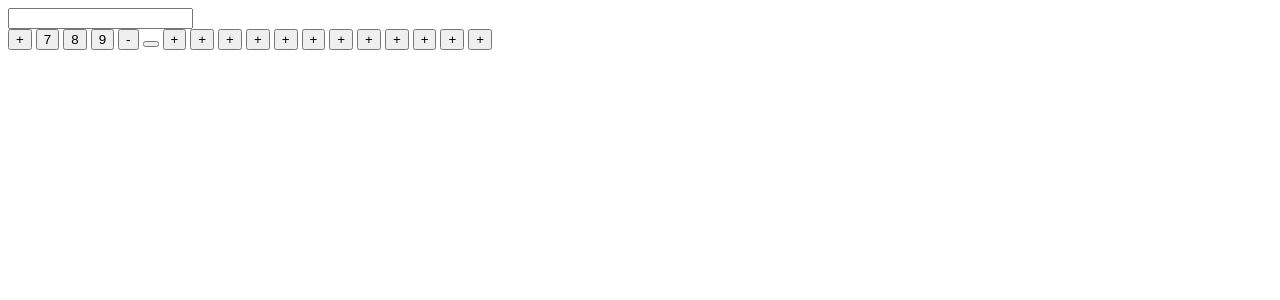
Repository: rkrukshan/JS-Calculator
Page: index.html
An editor plug-in stored every save of this project. The page is shown before and after the next save, followed by the edit.
The browser window is 1280 px wide. The pictures show the whole page.

Above is the page before, as saved 2024-09-02 13:16:21.

After the next save:
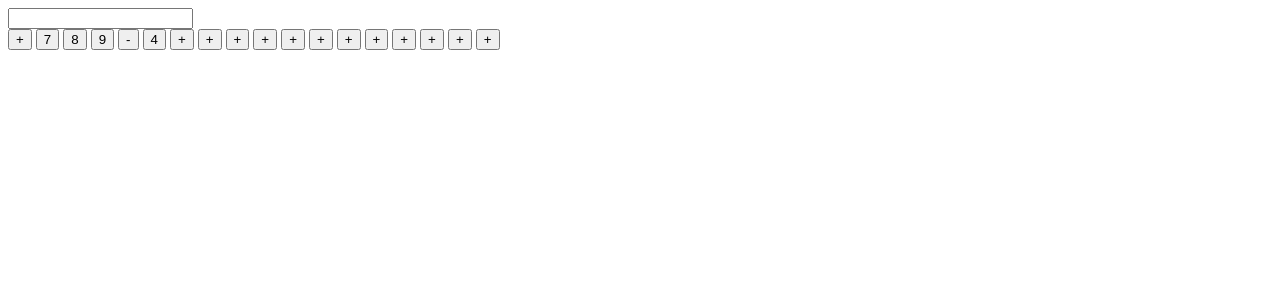
Saved 10 s later.
--- a/index.html
+++ b/index.html
@@ -16,7 +16,7 @@
 <button onclick="appendScreen('8')">8</button>
 <button onclick="appendScreen('9')">9</button>
 <button onclick="appendScreen('-')">-</button>
-<button onclick="appendScreen('')"></button>
+<button onclick="appendScreen('4')">4</button>
 <button onclick="appendScreen('+')">+</button>
 <button onclick="appendScreen('+')">+</button>
 <button onclick="appendScreen('+')">+</button>
